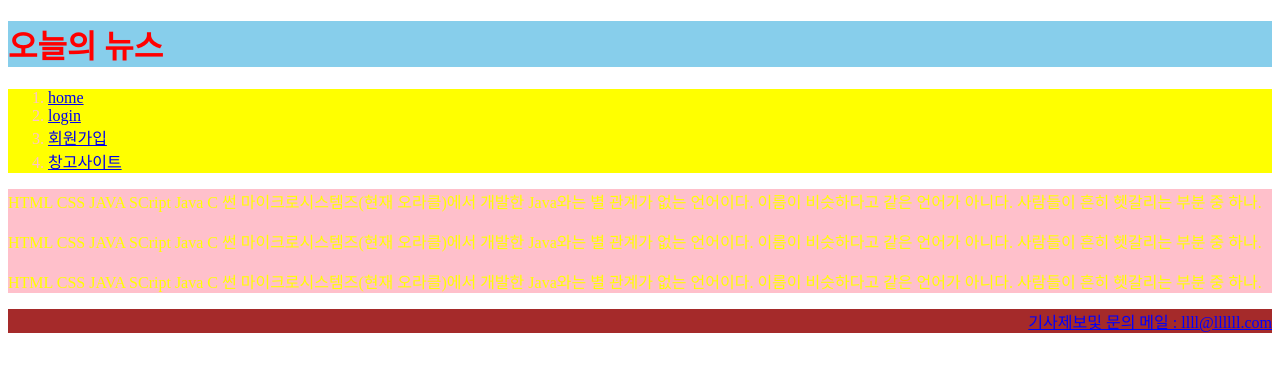
Repository: ssleap/multicampusIoT
Page: workspace190520/edu2/WebContent/test02.html
The author's editor kept a copy of each file at every save. The page is drawn from the files as they stood at one save, then again after the next save.
The browser window is 1280 px wide. The pictures show the whole page.

Above is the page before, as saved 2019-05-22 06:45:16.

### workspace190520/edu2/WebContent/test02.html
<!DOCTYPE html>
<html>
<head>
<meta charset="UTF-8">
<meta name = "viewport" content ="width=device-width, initial-scale=1">
<title>Insert title here</title>
<style>

	#header{

		width :100%
		text-align: center;
		background: skyblue;
		color : red;

	}
	#footer{

		text-decoration: underline;
		text-align: right;
		color: blue;
		font:italic;
		background-color: brown;

	}

	#menu{

		color: pink;
		text-align: left;
		background-color: yellow;
	}

	#main{

		color : yellow;
		background-color: pink;

	}

</style>
</head>
<body>

	<div id = "header">

		<h1>오늘의 뉴스</h1>

	</div>

	<div id = "contents" >

		<div id = "menu">

			<ol>

				<li><a href = "#">home</a></li>
				<li><a href = "#">login</a></li>
				<li><a href = "#">회원가입</a></li>
				<li><a href = "#">창고사이트</a></li>

			</ol>

		</div>

		<div id = "main">

			<p>

				HTML CSS JAVA SCript Java C
				썬 마이크로시스템즈(현재 오라클)에서 개발한
				Java와는 별 관계가 없는 언어이다.
				이름이 비슷하다고 같은 언어가 아니다.
				사람들이 흔히 헷갈리는 부분 중 하나.

			</p>

			<p>

				HTML CSS JAVA SCript Java C
				썬 마이크로시스템즈(현재 오라클)에서 개발한
				Java와는 별 관계가 없는 언어이다.
				이름이 비슷하다고 같은 언어가 아니다.
				사람들이 흔히 헷갈리는 부분 중 하나.

			</p>

			<p>

				HTML CSS JAVA SCript Java C
				썬 마이크로시스템즈(현재 오라클)에서 개발한
				Java와는 별 관계가 없는 언어이다.
				이름이 비슷하다고 같은 언어가 아니다.
				사람들이 흔히 헷갈리는 부분 중 하나.

			</p>

		</div>

	</div>

	<div id = "footer">
		기사제보및 문의 메일 : llll@llllll.com
	</div>

</body>
</html>

After the next save:
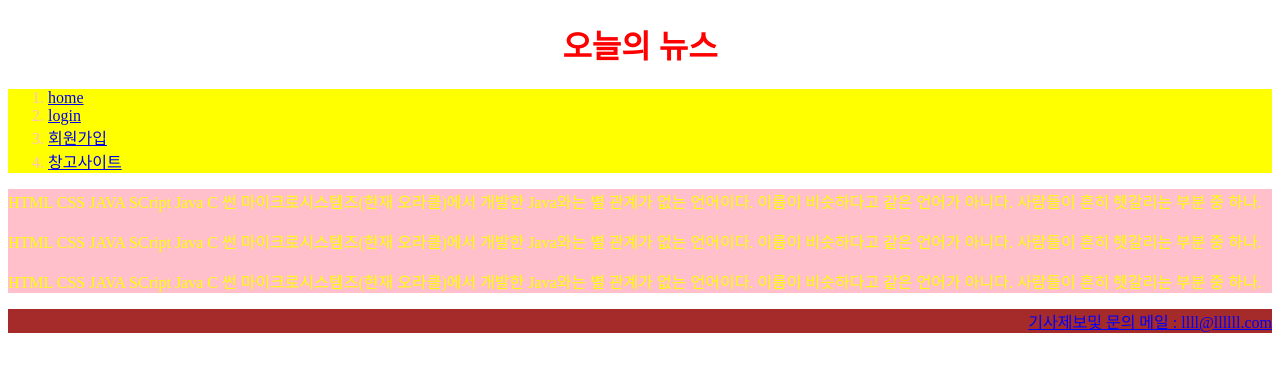
Saved 19 s later.
--- a/workspace190520/edu2/WebContent/test02.html
+++ b/workspace190520/edu2/WebContent/test02.html
@@ -8,8 +8,8 @@
 
 	#header{
 
+		text-align: center;
 		width :100%
-		text-align: center;
 		background: skyblue;
 		color : red;
 
